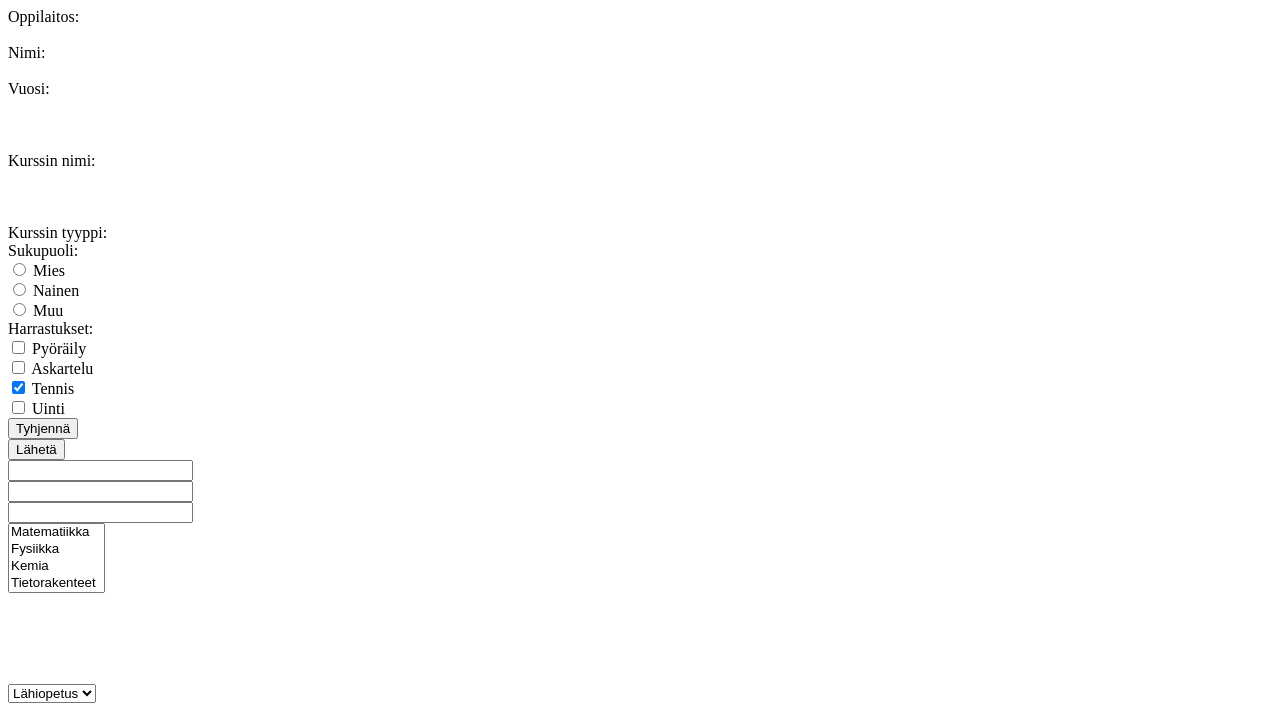
Repository: Niina-Maria/tehtavat-12-17-Niina-Maria2
Page: teht16.html
An editor plug-in stored every save of this project. The page is shown before and after the next save, followed by the edit.
The browser window is 1280 px wide. The pictures show the whole page.

Above is the page before, as saved 2024-11-19 23:32:00.
Not found: teht8.css

### teht16.html
<!DOCTYPE html>
<html>
    <head>
        <link rel="stylesheet" href="teht8.css">
    </head>
        <style>


        </style>
            <body>
                <form action="http://codez.savonia.fi/jussi/api/test.php" method="get">
                    <div id="flex-item">

                        <div class="flex-item-one">

                            <div><label for="school">Oppilaitos: </label></div>
                            <br>
                            <div><label for="name">Nimi: </label></div>
                            <br>
                            <div><label for="year">Vuosi: </label></div>
                            <br>
                            <br>
                            <br>
                            <div><label for="course">Kurssin nimi:  </label></div>
                            <br>
                            <br>
                            <br>
                            <div><label for="type">Kurssin tyyppi:</label></div>
                            <div><label for="sukupuoli">Sukupuoli:</label><br>
                                <input type="radio" id="male" name="gender" value="male">
                                <label class="sukup"for="male">Mies</label><br>
                                <input type="radio" id="female" name="gender" value="female">
                                <label class="sukup"for="female">Nainen</label><br>
                                <input type="radio" id="other" name="gender" value="other">
                                <label class="sukup"for="other">Muu</label>
                            </div>

                        <div class="flex-item-four">

                            <div><label for="hobbies">Harrastukset:</label><br>
                                <input type="checkbox" id="hobbiesbike" name="hobbiesbike">
                                <label for="hobbiesbike"> Pyöräily</label><br>
                                <input type="checkbox" id="hobbiesaskartelu" name="hobbiesaskartelu">
                                <label for="hobbiesaskartelu"> Askartelu</label><br>
                                <input type="checkbox" id="hobbiestennis" name="hobbiestennis" checked="checked">
                                <label for="hobbiestennis"> Tennis</label><br>
                                <input type="checkbox" id="hobbiesuinti" name="hobbiesuinti">
                                <label for="hobbiesuinti"> Uinti</label><br>


                            </div>
                        </div>
                        <div class="flex-item-five">
                            <div>
                            <input type="reset" value="Tyhjennä">
                            </div>
                            <div>
                            <input type="submit" value="Lähetä">
                            </div>

                        </div>

                        </div>

                        <div class="flex-item-two">
                            <div><input type="text" id="school" name="school"></div>

                            <div><input type="text" id="name" name="name"></div>

                            <div><input type="password" id="year" name="year"></div>

                            <div>
                                <select class="course" name="course" size="4">
                                <option value="matematiikka">Matematiikka</option>
                                <option value="fysiikka">Fysiikka</option>
                                <option value="kemia">Kemia</option>
                                <option value="tietorakenteet">Tietorakenteet</option>
                                <option value="webohjelmointi">Webohjelmointi</option>
                                </select>
                            </div>

                            <br>
                            <br>
                            <br>
                            <br>
                            <br>
                        <div class="flex-item-three">
                            <div>
                                <select class="type" name="type" size="1">
                                    <option value="lähiopetus">Lähiopetus</option>
                                    <option value="etäopetus">Etäopetus</option>
                                    <option value="hybridi">Hybridi</option>
                                    <option value="monimuoto">Monimuoto</option>
                                    <option value="avoinamk">AvoinAMK</option>
                                </select>
                            </div>
                        </div>
                    </div>
                </form>

            </body>





            </form>





        </body>

### teht16.css
#flex-item{
    display: flex;
    align-items: left;
}

.flex-item-one{
    display: inline-block;
    width:120px;
    height:120px;
    align-items: center;
}

.flex-item-one div {
    display: inline-block;
    vertical-align: middle;
    height: 30px;
}

.flex-item-two{
    display: inline-block;
    width:160px;
    height:160px;
    align-items: left;
}

.flex-item-two div {
    display: inline-block;
    vertical-align: middle;
    text-align: center;
    height: 30px;
}
input {
    margin-right: 50px;
  }


.flex-item-four div{
    margin-top: 60px !important;
   display: inline-block;
   text-align: left;
   width: 200px;
   height: 200px;


  }
  .input [type="reset"] {
    margin-right: 50px;

  }

  .flex-item-five {
    margin-top: 150px;
    margin-left: 70px;

  }

After the next save:
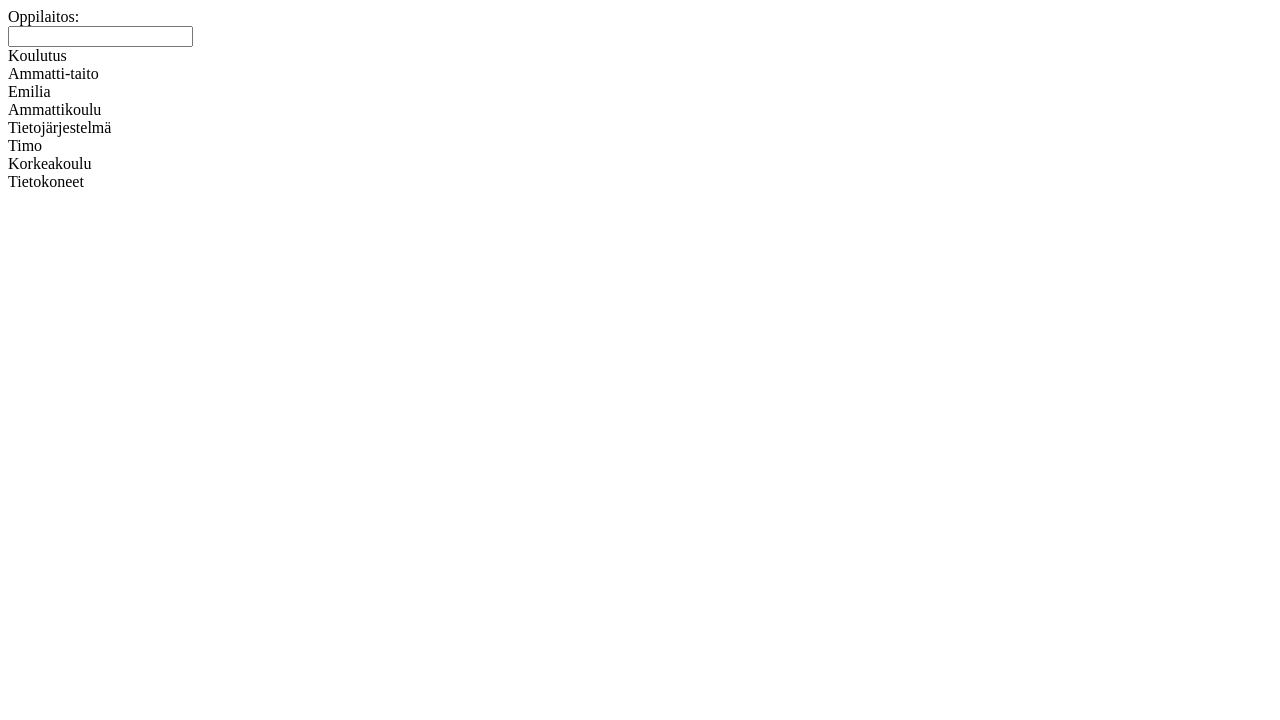
Saved 12 h 40 min later.
--- a/teht16.html
+++ b/teht16.html
@@ -1,113 +1,46 @@
 <!DOCTYPE html>
 <html>
     <head>
-        <link rel="stylesheet" href="teht8.css">
+        <link rel="stylesheet" href="teht16.css">
     </head>
-        <style>
+    <body>
+        <grid-container>
+            <div class="taulukko">
+                <div class="a a1">Oppilaitos:</div>
+                <div class="a a2"><input type="text" id="school" name="school"></div>
+                <div class="sarake">Koulutus</div>
+                <div class="sarake">Ammatti-taito</div>
+                </div>
+
+                <div class="rivi">
+                    <div class="sarake">Emilia</div>
+                    <div class="sarake">Ammattikoulu</div>
+                    <div class="sarake">Tietojärjestelmä</div>
+                </div>
+
+                <div class="rivi">
+                    <div class="sarake">Timo</div>
+                    <div class="sarake">Korkeakoulu</div>
+                    <div class="sarake">Tietokoneet</div>
+                </div>
 
 
-        </style>
-            <body>
-                <form action="http://codez.savonia.fi/jussi/api/test.php" method="get">
-                    <div id="flex-item">
-
-                        <div class="flex-item-one">
-
-                            <div><label for="school">Oppilaitos: </label></div>
-                            <br>
-                            <div><label for="name">Nimi: </label></div>
-                            <br>
-                            <div><label for="year">Vuosi: </label></div>
-                            <br>
-                            <br>
-                            <br>
-                            <div><label for="course">Kurssin nimi:  </label></div>
-                            <br>
-                            <br>
-                            <br>
-                            <div><label for="type">Kurssin tyyppi:</label></div>
-                            <div><label for="sukupuoli">Sukupuoli:</label><br>
-                                <input type="radio" id="male" name="gender" value="male">
-                                <label class="sukup"for="male">Mies</label><br>
-                                <input type="radio" id="female" name="gender" value="female">
-                                <label class="sukup"for="female">Nainen</label><br>
-                                <input type="radio" id="other" name="gender" value="other">
-                                <label class="sukup"for="other">Muu</label>
-                            </div>
-
-                        <div class="flex-item-four">
-
-                            <div><label for="hobbies">Harrastukset:</label><br>
-                                <input type="checkbox" id="hobbiesbike" name="hobbiesbike">
-                                <label for="hobbiesbike"> Pyöräily</label><br>
-                                <input type="checkbox" id="hobbiesaskartelu" name="hobbiesaskartelu">
-                                <label for="hobbiesaskartelu"> Askartelu</label><br>
-                                <input type="checkbox" id="hobbiestennis" name="hobbiestennis" checked="checked">
-                                <label for="hobbiestennis"> Tennis</label><br>
-                                <input type="checkbox" id="hobbiesuinti" name="hobbiesuinti">
-                                <label for="hobbiesuinti"> Uinti</label><br>
-
-
-                            </div>
-                        </div>
-                        <div class="flex-item-five">
-                            <div>
-                            <input type="reset" value="Tyhjennä">
-                            </div>
-                            <div>
-                            <input type="submit" value="Lähetä">
-                            </div>
-
-                        </div>
-
-                        </div>
-
-                        <div class="flex-item-two">
-                            <div><input type="text" id="school" name="school"></div>
-
-                            <div><input type="text" id="name" name="name"></div>
-
-                            <div><input type="password" id="year" name="year"></div>
-
-                            <div>
-                                <select class="course" name="course" size="4">
-                                <option value="matematiikka">Matematiikka</option>
-                                <option value="fysiikka">Fysiikka</option>
-                                <option value="kemia">Kemia</option>
-                                <option value="tietorakenteet">Tietorakenteet</option>
-                                <option value="webohjelmointi">Webohjelmointi</option>
-                                </select>
-                            </div>
-
-                            <br>
-                            <br>
-                            <br>
-                            <br>
-                            <br>
-                        <div class="flex-item-three">
-                            <div>
-                                <select class="type" name="type" size="1">
-                                    <option value="lähiopetus">Lähiopetus</option>
-                                    <option value="etäopetus">Etäopetus</option>
-                                    <option value="hybridi">Hybridi</option>
-                                    <option value="monimuoto">Monimuoto</option>
-                                    <option value="avoinamk">AvoinAMK</option>
-                                </select>
-                            </div>
-                        </div>
-                    </div>
-                </form>
-
-            </body>
+            </div>
 
 
 
 
 
-            </form>
+
+
+
+
+        </grid-container>
 
 
 
 
 
-        </body>
+
+
+    </body>
